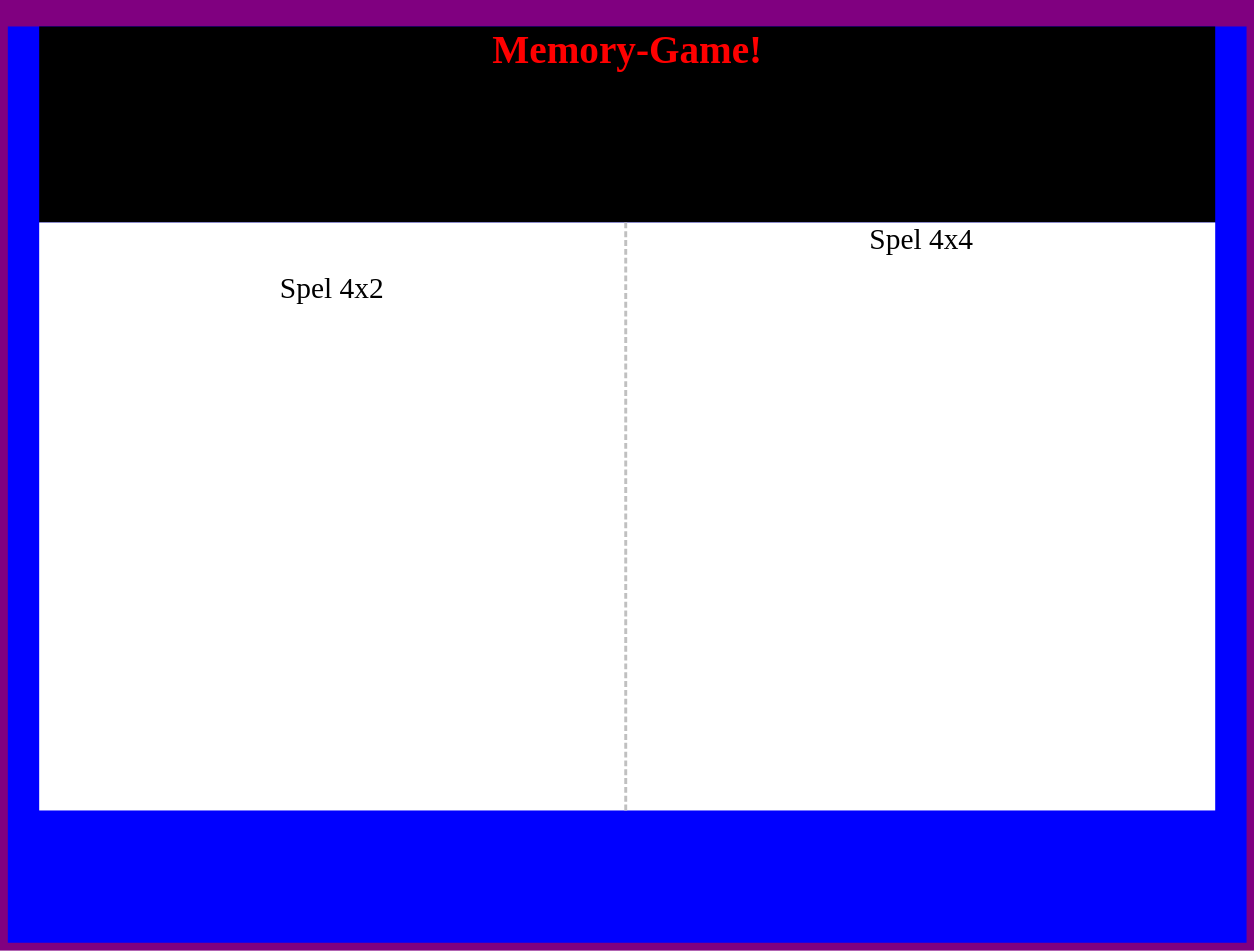
Repository: al223jw/1dv403-laborationer
Page: 3-gameon/memory/index.html
The author's editor kept a record of every edit. The page is drawn from the files as they stood at one moment, then again after the next edit.
The browser window is 1280 px wide. The pictures show the whole page, at 98% of full size.

Above is the page before.
Not found: 3-gameon/memory/script/random.js

After the next edit:
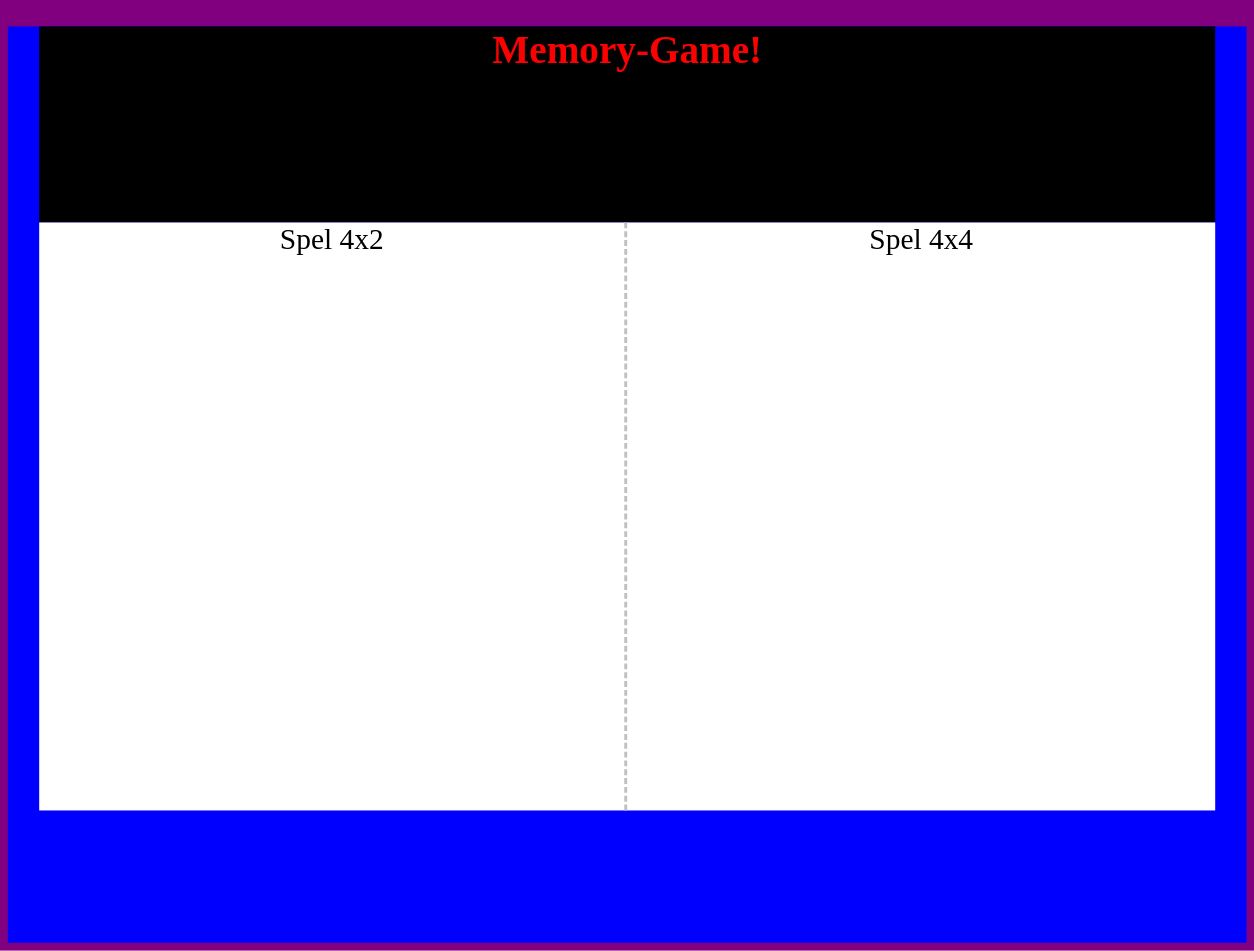
The edit:
--- a/3-gameon/memory/css/css.css
+++ b/3-gameon/memory/css/css.css
@@ -24,7 +24,7 @@
 #header1
 {
     font-size:30px;
-    margin-top:50px;
+    margin-bottom:300px;
 }
 #header2
 {
